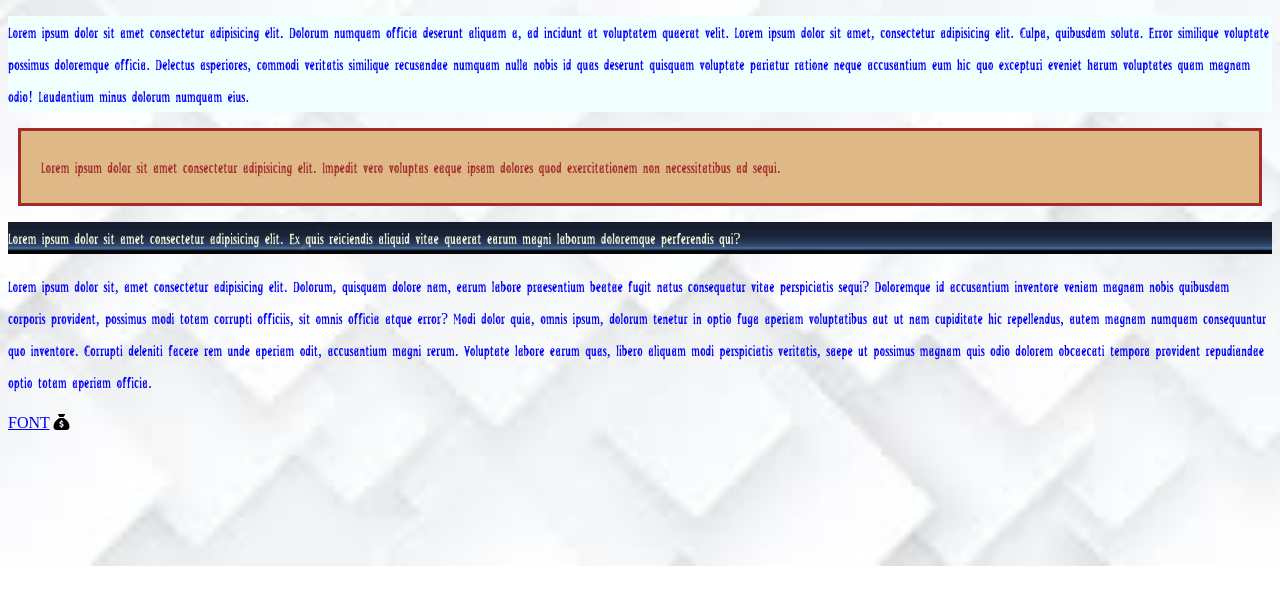
Repository: shazib2023/wtwdt-8
Page: index.html
These files come from the project's save history. The page is drawn as it stood at one moment and after the next save; the edit follows.
The browser window is 1280 px wide. The pictures show the whole page.
Some web libraries are served in a nearby version.

Above is the page before, as saved 2023-10-31 12:51:20.

After the next save:
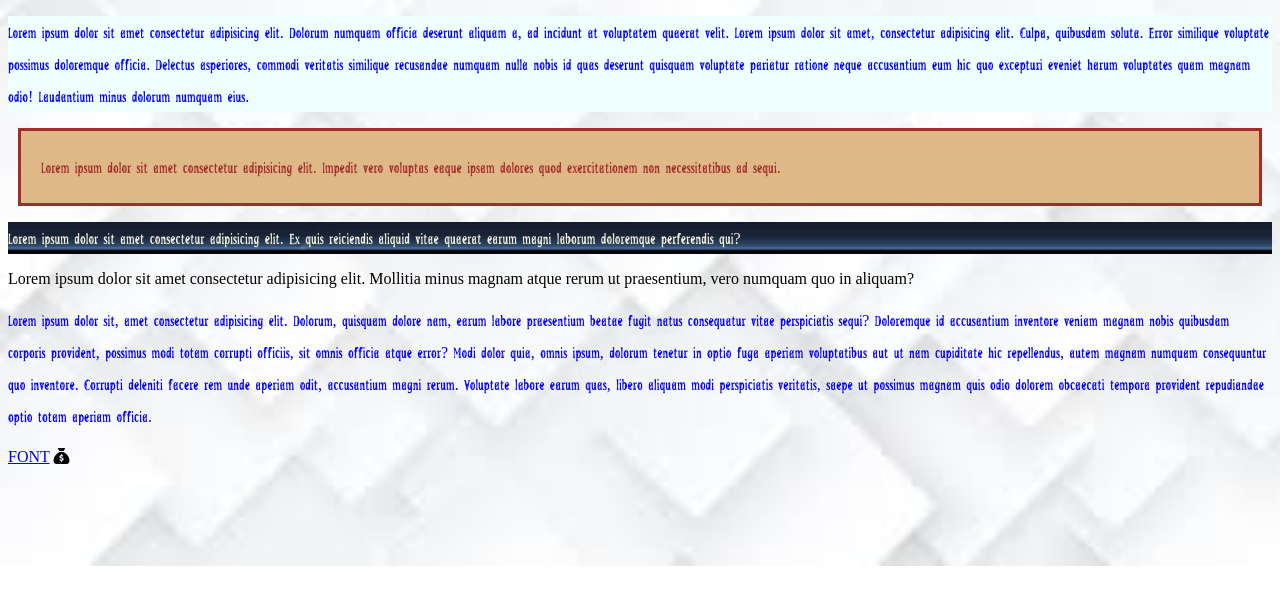
Saved 4 s later.
--- a/index.html
+++ b/index.html
@@ -22,7 +22,7 @@
         Lorem ipsum dolor sit amet consectetur adipisicing elit. Ex quis reiciendis aliquid vitae quaerat earum magni laborum doloremque perferendis qui?
     </p>
     <div class="sticky">
-
+        Lorem ipsum dolor sit amet consectetur adipisicing elit. Mollitia minus magnam atque rerum ut praesentium, vero numquam quo in aliquam?
 
 
     </div>
